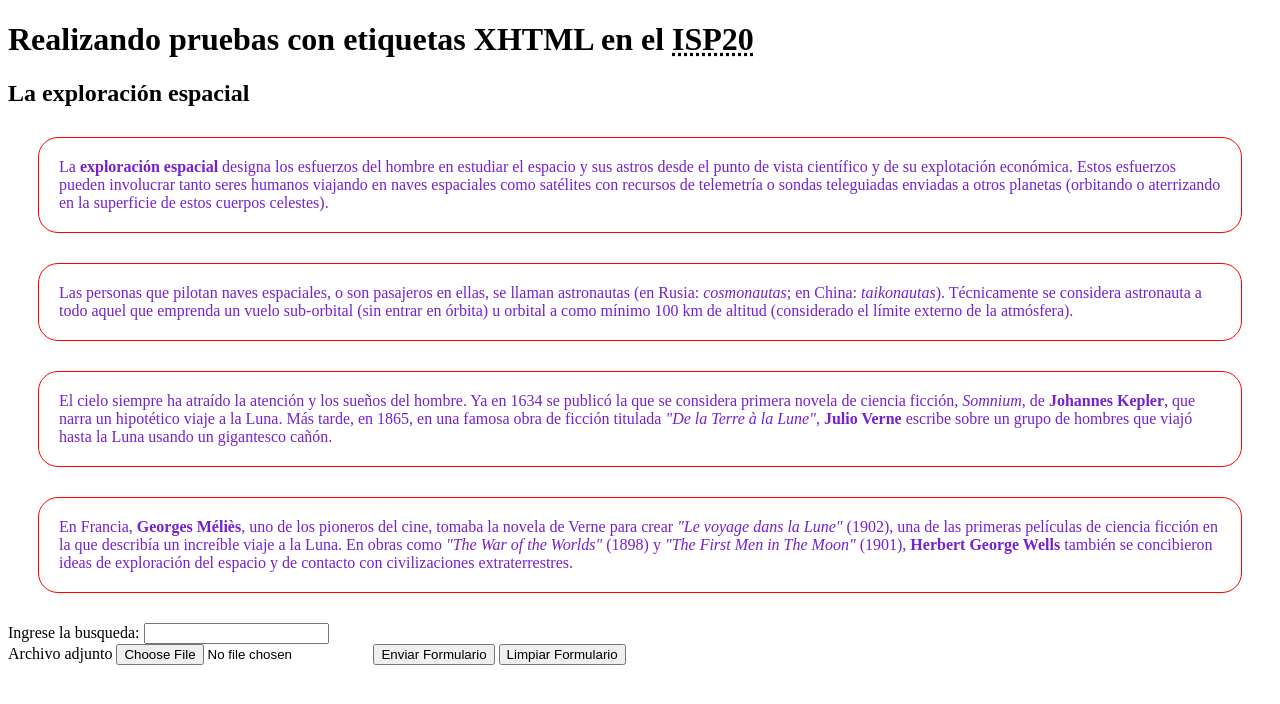
Repository: aleramirezsj/inv-aplicada-isp20
Page: pruebas_html5/pruebas_con_parrafos_y_textos.html
The author's editor kept a copy of each file at every save. The page is drawn from the files as they stood at one save, then again after the next save.
The browser window is 1280 px wide. The pictures show the whole page.

Above is the page before, as saved 2013-06-24 23:49:25.

### pruebas_html5/pruebas_con_parrafos_y_textos.html
<!DOCTYPE html PUBLIC "-//W3C//DTD XHTML 1.0 Strict//EN" "http://www.w3.org/TR/xhtml1/DTD/xhtml1-strict.dtd">
<html xmlns="http://www.w3.org/1999/xhtml" lang="es" xml:lang="es">

<head>
	<meta http-equiv="Content-Type" content="text/html; charset=UTF-8" />
	<title>La exploración espacial</title>
	<style type="text/css">
		p { border: 1px solid red;
			color:#7521CF;
			border-radius: 20px;
			margin:30px;
			padding: 20px;
			box-shadow: 20px; }
	</style>
</head>

<body>

	<h1>Realizando pruebas con etiquetas XHTML en el <acronym title="Instituto Superior de Profesorado Nº 20">ISP20</acronym></h1>

	<h2>La exploración espacial</h2>

	<p>La <strong>exploración espacial</strong> designa los esfuerzos del hombre en estudiar el espacio y sus astros desde el punto de vista científico y de su explotación económica. Estos esfuerzos pueden involucrar tanto seres humanos viajando en naves espaciales como satélites con recursos de telemetría o sondas teleguiadas enviadas a otros planetas (orbitando o aterrizando en la superficie de estos cuerpos celestes).</p>

	<p>Las personas que pilotan naves espaciales, o son pasajeros en ellas, se llaman astronautas (en Rusia: <em>cosmonautas</em>; en China: <em>taikonautas</em>). Técnicamente se considera astronauta a todo aquel que emprenda un vuelo sub-orbital (sin entrar en órbita) u orbital a como mínimo 100 km de altitud (considerado el límite externo de la atmósfera).</p>

	<p>El cielo siempre ha atraído la atención y los sueños del hombre. Ya en 1634 se publicó la que se considera primera novela de ciencia ficción, <em>Somnium</em>, de <strong>Johannes Kepler</strong>, que narra un hipotético viaje a la Luna. Más tarde, en 1865, en una famosa obra de ficción titulada <em>"De la Terre à la Lune"</em>, <strong>Julio Verne</strong> escribe sobre un grupo de hombres que viajó hasta la Luna usando un gigantesco cañón.</p>

	<p>En Francia, <strong>Georges Méliès</strong>, uno de los pioneros del cine, tomaba la novela de Verne para crear <em>"Le voyage dans la Lune"</em> (1902), una de las primeras películas de ciencia ficción en la que describía un increíble viaje a la Luna. En obras como <em>"The War of the Worlds"</em> (1898) y <em>"The First Men in The Moon"</em> (1901), <strong>Herbert George Wells</strong> también se concibieron ideas de exploración del espacio y de contacto con civilizaciones extraterrestres.</p>

	 <form action="https://www.google.com.ar/search" method="get">
	 	<label for="busqueda">Ingrese la busqueda:</label>
	 	<input type="text" id="q" name="q" />
	 	<br />
	 	<label for="adjunto">Archivo adjunto</label>
	 	<input type="file" id="adjunto" name="adjunto" />
	 	<input type="submit" id="cmdenviar" name="cmdenviar" value="Enviar Formulario" />
	 	<input type="reset" id="cmdlimpiar" name="cmdlimpiar" value="Limpiar Formulario" />
	 </form>

</body>

</html>

After the next save:
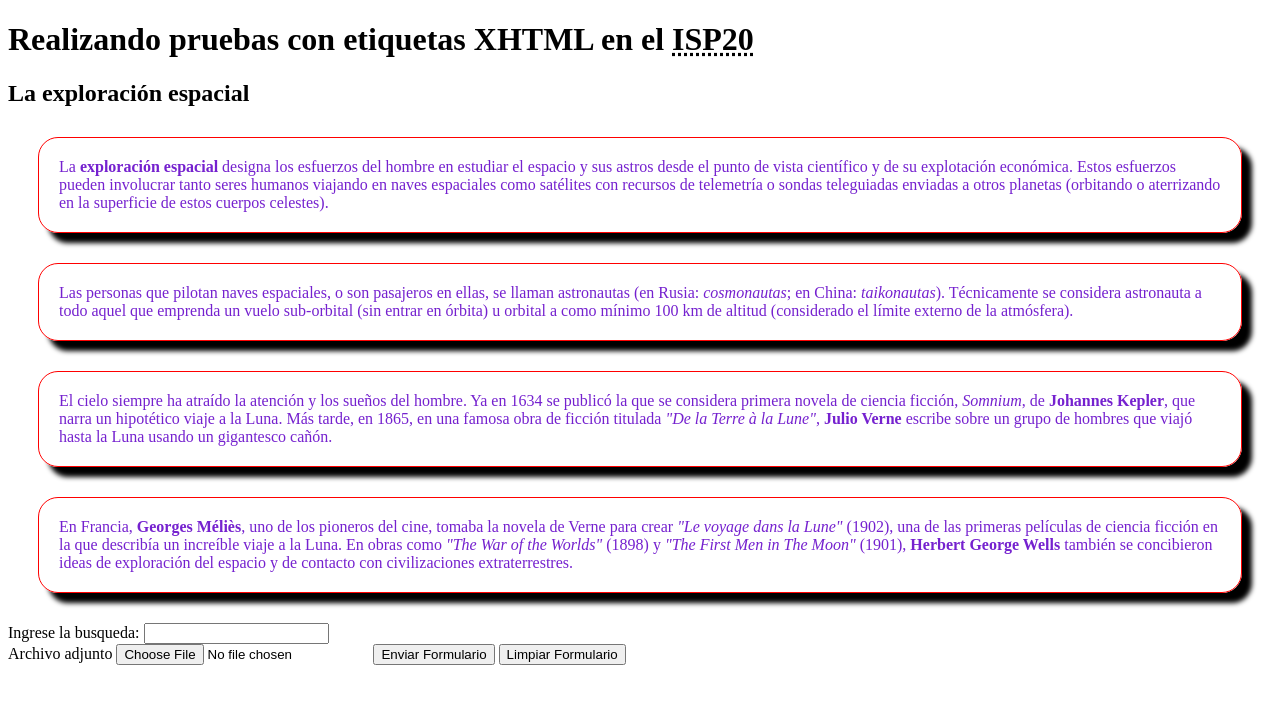
Saved 4 min 0 s later.
--- a/pruebas_html5/pruebas_con_parrafos_y_textos.html
+++ b/pruebas_html5/pruebas_con_parrafos_y_textos.html
@@ -10,7 +10,7 @@
 			border-radius: 20px;
 			margin:30px;
 			padding: 20px;
-			box-shadow: 20px; }
+			box-shadow: 10px 10px 5px #000; }
 	</style>
 </head>
 
